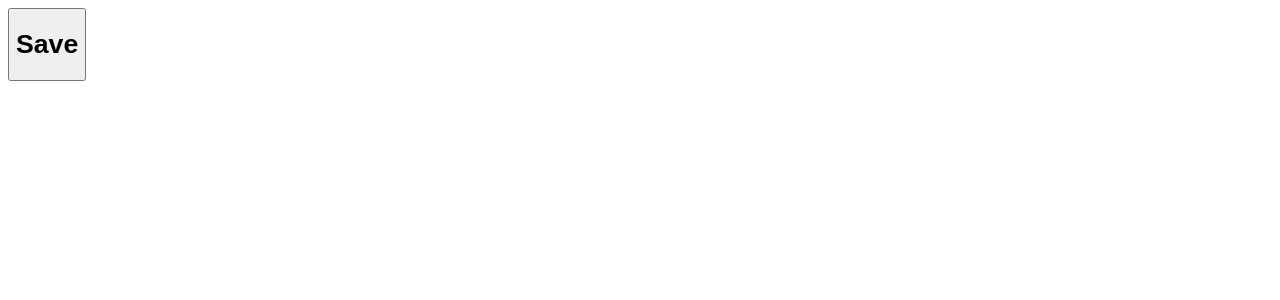
Repository: pixman92/GitTab
Page: popup.html
The author's editor kept a copy of each file at every save. The page is drawn from the files as they stood at one save, then again after the next save.
The browser window is 1280 px wide. The pictures show the whole page.

Above is the page before, as saved 2020-01-24 03:42:02.

### popup.html
<!-- this file, is the 'instructions' of the extension
showing the different commands -->

<!DOCTYPE html>
<html>
<head>
    <meta charset="utf-8" />
    <meta http-equiv="X-UA-Compatible" content="IE=edge">
    <title>GitTab - Help</title>
    <meta name="viewport" content="width=device-width, initial-scale=1">
    <!-- <link rel="stylesheet" type="text/css" media="screen" href="main.css" /> -->
    <!-- <script src="main.js"></script> -->
    <style>
        div{
            width: 35em;
        }
    </style>
</head>
<body>
        <div>
            <button><h1>Save</h1><h2></h2></button>
        </div>

</body>
</html>

After the next save:
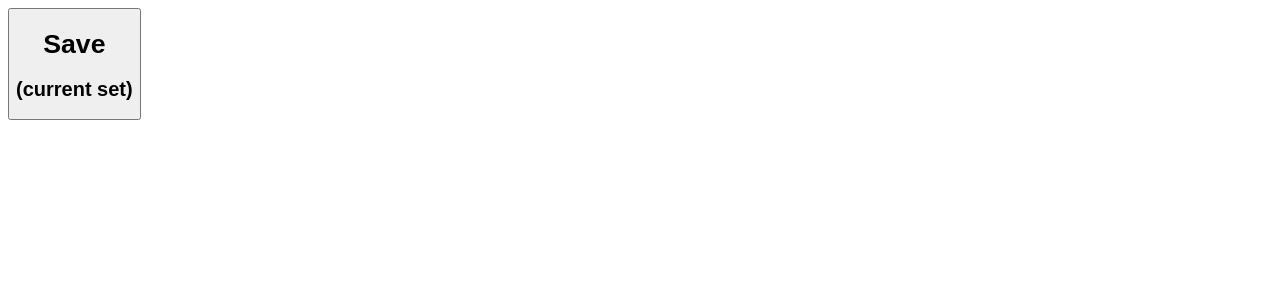
Saved 6 s later.
--- a/popup.html
+++ b/popup.html
@@ -18,7 +18,7 @@ showing the different commands -->
 </head>
 <body>
         <div>
-            <button><h1>Save</h1><h2></h2></button>
+            <button><h1>Save</h1><h2>(current set)</h2></button>
         </div>
 
 </body>
